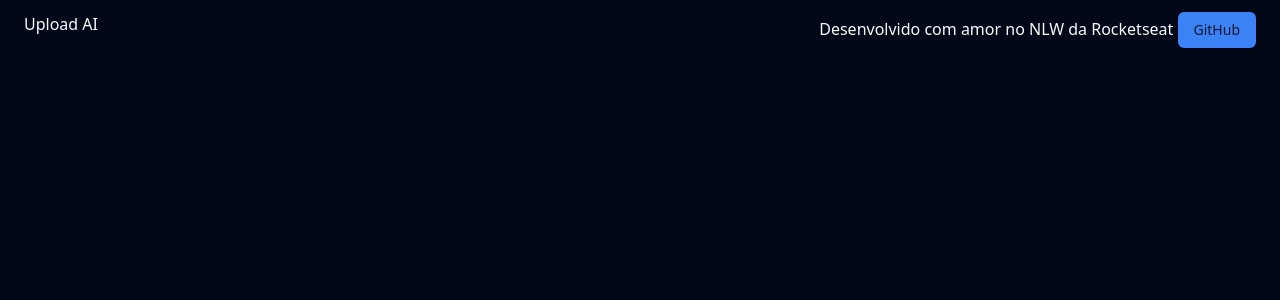
Repository: brksaian/nlw-2023-IA
Page: /
These files come from the project's save history. The page is drawn as it stood at one moment and after the next save; the edit follows.
The browser window is 1280 px wide. The pictures show the whole page.
The project was rebuilt for these pictures with package versions that can differ from the ones it lists, and the page was loaded fresh each time. Also part of the build but not shown: vite.config.ts.

Above is the page before, as saved 2023-09-12 21:33:27.

### index.html
<!DOCTYPE html>
<html lang="en">
  <head>
    <meta charset="UTF-8" />
    <meta name="viewport" content="width=device-width, initial-scale=1.0" />
    <title>Upload AI</title>
  </head>
  <body>
    <div id="root"></div>
    <script type="module" src="/src/main.tsx"></script>
  </body>
</html>

### src/App.tsx
import { Button } from "./components/ui/button";

export function App() {
  return (
    <div>
      <div className="px-6 py-3 flex item-center justify-between">
        <h1>Upload AI</h1>

        <div>
          <span>Desenvolvido com amor no NLW da Rocketseat </span>
          <Button>GitHub</Button>
        </div>
      </div>
    </div>
  );
}

### src/index.css
@tailwind base;
@tailwind components;
@tailwind utilities;

@layer base {
  :root {
    --background: 222.2 84% 4.9%;
    --foreground: 210 40% 98%;
    --card: 222.2 84% 4.9%;
    --card-foreground: 210 40% 98%;
    --popover: 222.2 84% 4.9%;
    --popover-foreground: 210 40% 98%;
    --primary: 217.2 91.2% 59.8%;
    --primary-foreground: 222.2 47.4% 11.2%;
    --secondary: 217.2 32.6% 17.5%;
    --secondary-foreground: 210 40% 98%;
    --muted: 217.2 32.6% 17.5%;
    --muted-foreground: 215 20.2% 65.1%;
    --accent: 217.2 32.6% 17.5%;
    --accent-foreground: 210 40% 98%;
    --destructive: 0 62.8% 30.6%;
    --destructive-foreground: 210 40% 98%;
    --border: 217.2 32.6% 17.5%;
    --input: 217.2 32.6% 17.5%;
    --ring: 224.3 76.3% 48%;

    --radius: 0.5rem;
  }
}

@layer base {
  * {
    @apply border-border;
  }
  body {
    @apply bg-background text-foreground;
  }
}

### src/components/ui/button.tsx
import * as React from "react"
import { Slot } from "@radix-ui/react-slot"
import { cva, type VariantProps } from "class-variance-authority"

import { cn } from "@/lib/utils"

const buttonVariants = cva(
  "inline-flex items-center justify-center rounded-md text-sm font-medium transition-colors focus-visible:outline-none focus-visible:ring-1 focus-visible:ring-ring disabled:pointer-events-none disabled:opacity-50",
  {
    variants: {
      variant: {
        default:
          "bg-primary text-primary-foreground shadow hover:bg-primary/90",
        destructive:
          "bg-destructive text-destructive-foreground shadow-sm hover:bg-destructive/90",
        outline:
          "border border-input bg-transparent shadow-sm hover:bg-accent hover:text-accent-foreground",
        secondary:
          "bg-secondary text-secondary-foreground shadow-sm hover:bg-secondary/80",
        ghost: "hover:bg-accent hover:text-accent-foreground",
        link: "text-primary underline-offset-4 hover:underline",
      },
      size: {
        default: "h-9 px-4 py-2",
        sm: "h-8 rounded-md px-3 text-xs",
        lg: "h-10 rounded-md px-8",
        icon: "h-9 w-9",
      },
    },
    defaultVariants: {
      variant: "default",
      size: "default",
    },
  }
)

export interface ButtonProps
  extends React.ButtonHTMLAttributes<HTMLButtonElement>,
    VariantProps<typeof buttonVariants> {
  asChild?: boolean
}

const Button = React.forwardRef<HTMLButtonElement, ButtonProps>(
  ({ className, variant, size, asChild = false, ...props }, ref) => {
    const Comp = asChild ? Slot : "button"
    return (
      <Comp
        className={cn(buttonVariants({ variant, size, className }))}
        ref={ref}
        {...props}
      />
    )
  }
)
Button.displayName = "Button"

export { Button, buttonVariants }

Loaded but not shown: src/main.tsx (common file); src/lib/utils.ts (common file); tailwind.config.js (common file)

After the next save:
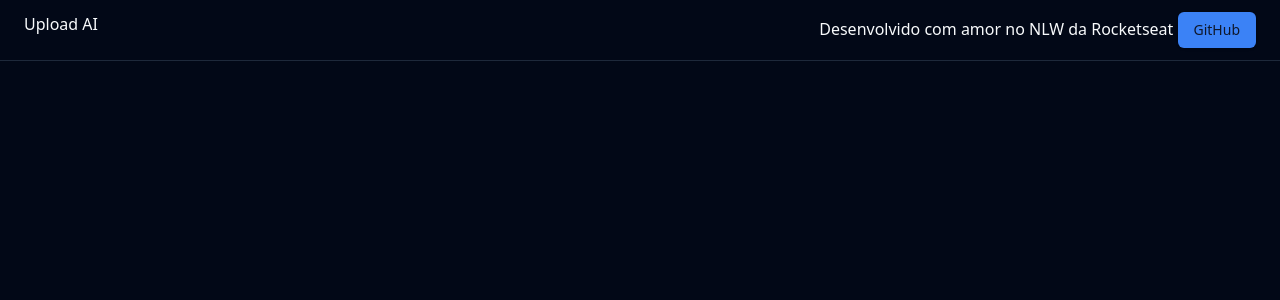
Saved 17 s later.
--- a/src/App.tsx
+++ b/src/App.tsx
@@ -3,7 +3,7 @@ import { Button } from "./components/ui/button";
 export function App() {
   return (
     <div>
-      <div className="px-6 py-3 flex item-center justify-between">
+      <div className="px-6 py-3 flex item-center justify-between border-b">
         <h1>Upload AI</h1>
 
         <div>
